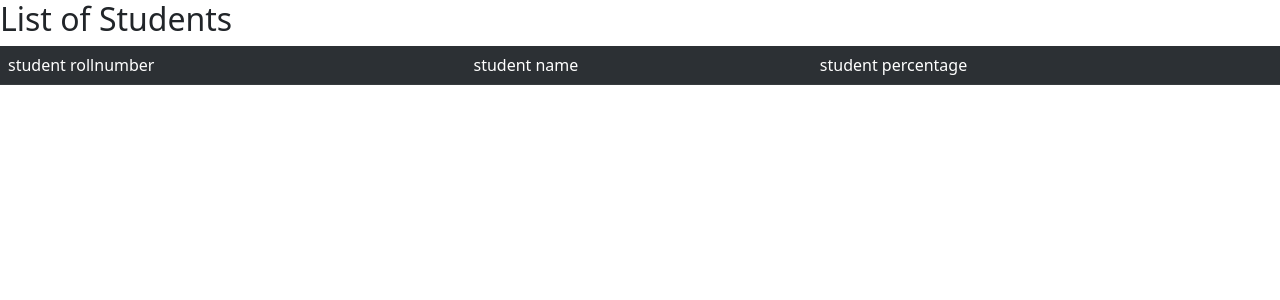
Repository: RMVLajaykumar/monojavaee
Page: http://localhost/12-student-mvc-db/Student
These files come from the project's save history. The page is drawn as it stood at one moment and after the next save; the edit follows.
The browser window is 1280 px wide. The pictures show the whole page.
The page is served by Tomcat 9. Queries for data that is not in the repository find no rows.

Above is the page before, as saved 2024-07-17 06:45:30.

After the next save:
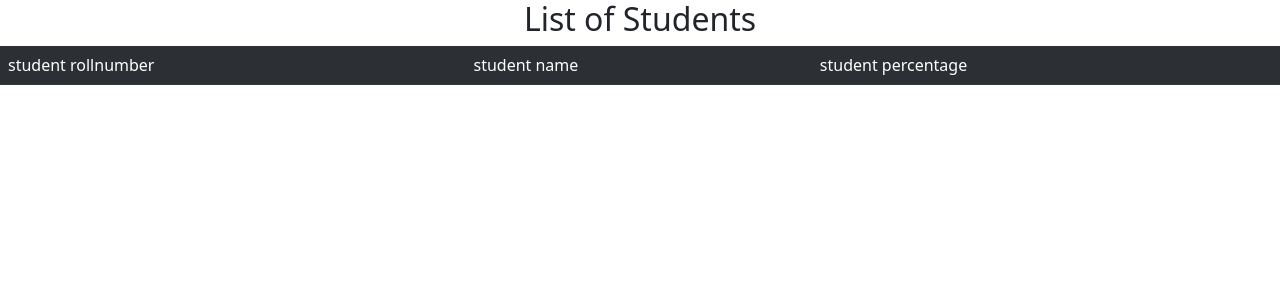
Saved 2 min 20 s later.
--- a/12-student-mvc-db/WebContent/view-student.jsp
+++ b/12-student-mvc-db/WebContent/view-student.jsp
@@ -12,7 +12,7 @@
 <title>Insert title here</title>
 </head>
 <body>
-<h2>List of Students</h2>
+<h2 class="text-center">List of Students</h2>
 
 <table class="table table-dark table-striped">
 		<tr>
